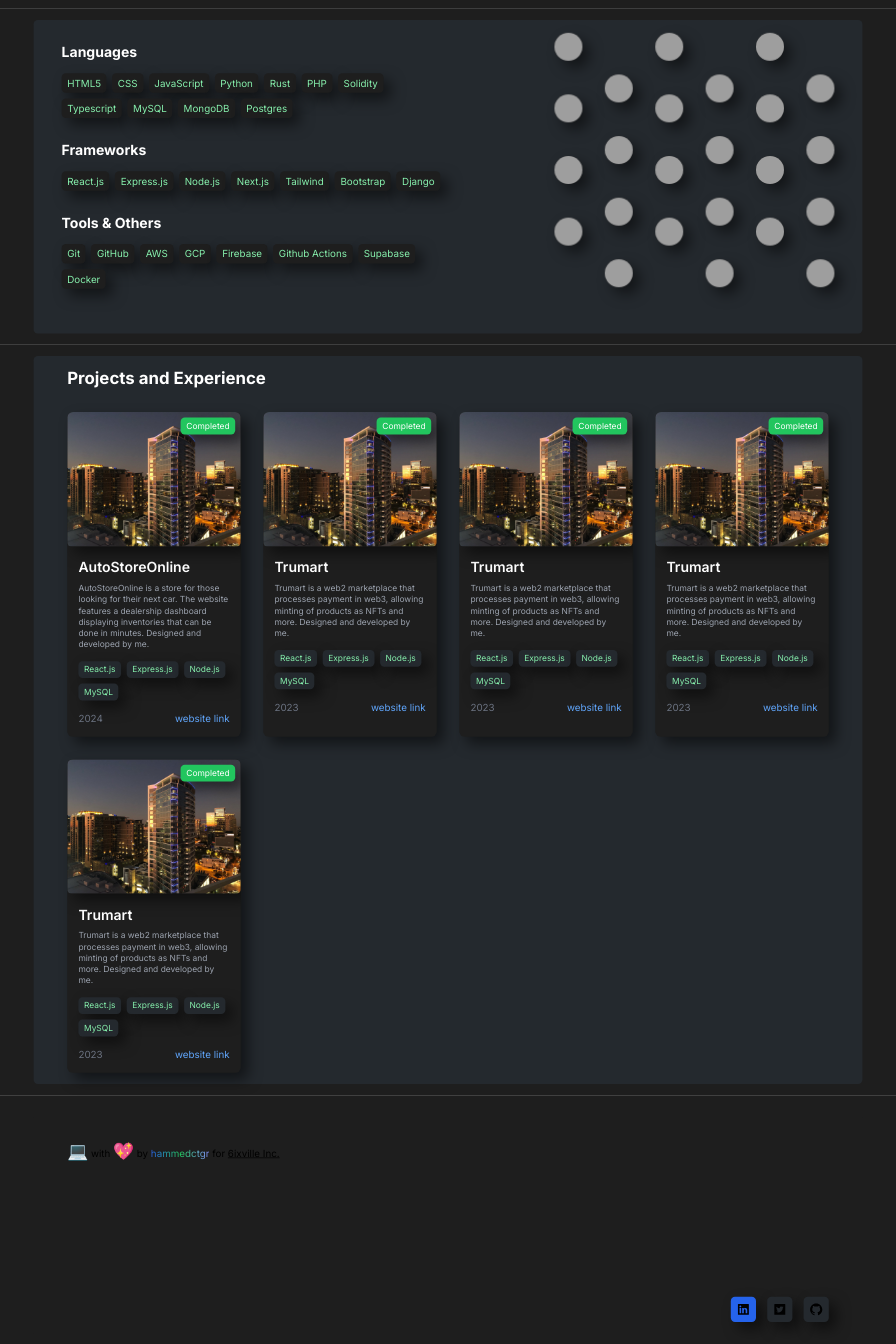
Repository: muhammedctgr/hammedctgr
Page: /
An editor plug-in stored every save of this project. The page is shown before and after a run of saves, followed by the edit.
The browser window is 1280 px wide. The pictures show the part of the page from y = 1032 to 2952 px (the page is 2952 px tall), at 70% of full size.
Pictures or frames that could not be fetched are drawn as grey boxes. The project was rebuilt for these pictures with package versions that can differ from the ones it lists, and the page was loaded fresh each time. The framework's server and built-in components were replaced by stand-ins that run in the browser. Also part of the build but not shown: next.config.mjs.

Above is the page before, as saved 2024-08-13 20:09:37.

### app/layout.tsx
import type { Metadata } from "next";
import { Inter } from "next/font/google";
import "./globals.css";

const inter = Inter({ subsets: ["latin"] });

export const metadata: Metadata = {
  title: "Popoola Muhammed",
  description: "Generated by create next app",
};

export default function RootLayout({
  children,
}: Readonly<{
  children: React.ReactNode;
}>) {
  return (
    <html lang="en">
      <body className={inter.className}>{children}</body>
    </html>
  );
}

### app/page.tsx
import Head from 'next/head';
import Hero from '../components/Hero';
import SkillsSection from '@/components/SkillsSection';
import SummarySection from '@/components/SummarySection';
import ProjectsSection from '@/components/ProjectsSection';
import Footer from '@/components/Footer';

const Home = () => (
  <div>
    <Head>
      <title>Popoola Muhammed</title>
      <meta name="description" content="Welcome to my developer portfolio" />
    </Head>

    <Hero />
    <SummarySection />
    <SkillsSection />
    <ProjectsSection />
    <Footer />
  </div>
);

export default Home;

### app/globals.css
@tailwind base;
@tailwind components;
@tailwind utilities;

:root {
  --foreground-rgb: 0, 0, 0;
  --background-start-rgb: 214, 219, 220;
  --background-end-rgb: 255, 255, 255;
}

@media (prefers-color-scheme: dark) {
  :root {
    --foreground-rgb: 255, 255, 255;
    --background-start-rgb: 0, 0, 0;
    --background-end-rgb: 0, 0, 0;
  }
}

body {
  color: rgb(var(--foreground-rgb));
  background: linear-gradient(
      to bottom,
      transparent,
      rgb(var(--background-end-rgb))
    )
    rgb(var(--background-start-rgb));
}

@layer utilities {
  .text-balance {
    text-wrap: balance;
  }
}


@keyframes upDown {
  0%, 100% {
    transform: translateY(0);
  }
  50% {
    transform: translateY(-10px); /* Adjust the value as needed */
  }
}

.animate-upDown {
  animation: upDown 2s infinite ease-in-out; /* Adjust duration as needed */
}


@keyframes scroll-medium {
  0% {
    transform: translateY(-100%);
  }
  100% {
    transform: translateY(100%);
  }
}

@keyframes scroll-fast {
  0% {
    transform: translateY(-100%);
  }
  100% {
    transform: translateY(30vh);
  }
}

@keyframes scroll-upfast {
  0% {
    transform: translateY(100%);
  }
  100% {
    transform: translateY(-30vh);
  }
}

.animate-scroll-upfast {
  animation: scroll-upfast 2s linear infinite;
}

.animate-scroll-fast {
  animation: scroll-fast 2s linear infinite;
}

.animate-scroll-medium {
  animation: scroll-medium 6s linear infinite;
}

.animate-scroll-delay {
  animation-delay: 2s;
}

.animate-scroll-delay-long {
  animation-delay: 4s;
}

.animate-scroll {
  animation: scroll 10s linear infinite;
}

.neumorph {
  border-radius: 5px;
  background: linear-gradient(145deg, #161414, #1a1818);
  box-shadow:  5px 5px 10px #111010,
               -5px -5px 10px #1f1c1c;
}

### components/Hero.tsx
import Image from 'next/image';
import profilePic from '../public/profile.png';
import { AiFillLinkedin, AiFillGithub, AiFillTwitterSquare, AiFillX } from 'react-icons/ai';

const Hero = () => {
  return (
    <section className="bg-gptGray px-4 py-4 md:pt-8 md:px-8 lg:px-12 text-white flex items-center">
  <div className="container bg-githubGray shadow-lg rounded-md mx-auto flex flex-col md:flex-row md:px-2 relative overflow-hidden">
    <div className="flex-1 text-left p-4 md:p-8">
      <div className="inline-block bg-blue-600 text-black py-1 px-3 mb-4 rounded-md">
        Hi, I’m
      </div>
      <div className="mb-6">
        <h1 className="text-xl md:text-3xl font-bold">Popoola Muhammed</h1>
        <p className="mt-2 text-lg md:text-xl">Full-Stack Developer, I build and manage</p>
      </div>
      <ul className="mt-4 list-disc list-inside text-xs md:text-base">
        <li>Highly Optimized and Responsive <span className="text-blue-600">FRONT-END</span></li>
        <li>Secure and Scalable <span className="text-blue-600">BACK-END & DATABASE</span></li>
        <li><span className="text-blue-600">IT</span> Infrastructure</li>
      </ul>
      <div className="mt-6">
        <a href="#contact" className="underline">Let’s Connect</a>
        <div className="mt-2 flex justify-start space-x-4">
          <a href="#" className="bg-blue-600 p-2 rounded-md shadow-deep-all">
            <AiFillLinkedin size={20} />
          </a>
          <a href="#" className="bg-githubGray p-2 rounded-md shadow-deep-all">
            <AiFillTwitterSquare size={20} />
          </a>
          <a href="#" className="bg-githubGray p-2 rounded-md shadow-deep-all">
            <AiFillGithub size={20} />
          </a>
        </div>
      </div>
    </div>
    <div className="relative flex-1 p-4 md:p-8">
      <img src="https://cdn.jsdelivr.net/gh/devicons/devicon@latest/icons/python/python-original.svg" className="right-4 w-8 h-8 md:w-16 md:h-16 lg:w-16 lg:h-16 bg-gptGray rounded-md animate-bounce shadow-deep-all" />
      <div className="relative w-40 h-40 md:w-72 md:h-72 lg:w-96 lg:h-96 mx-auto">
        <Image src={profilePic} alt="Popoola Muhammed" layout="fill" className="rounded-full object-cover animate-upDown" />
      </div>
      <img src="https://cdn.jsdelivr.net/gh/devicons/devicon@latest/icons/rust/rust-original.svg"  className="w-8 h-8 md:w-16 md:h-16 lg:w-16 lg:h-16 bg-gptGray rounded-3xl shadow-deep-all animate-bounce absolute top-8 right-4" />
      <img src="https://cdn.jsdelivr.net/gh/devicons/devicon@latest/icons/javascript/javascript-original.svg" className="w-8 h-8 md:w-12 md:h-12 lg:w-12 lg:h-12 bg-gptGray rounded-md animate-bounce shadow-deep-all" />
    </div>
    <img src="https://cdn.jsdelivr.net/gh/devicons/devicon@latest/icons/nextjs/nextjs-original.svg" className="w-8 h-8 md:w-12 md:h-12 lg:w-12 lg:h-12 bg-gptGray rounded-3xl shadow-deep-all animate-bounce absolute bottom-4 right-36" />
  </div>
</section>
  );
};

export default Hero;

### components/SkillsSection.tsx
import Image from 'next/image';
import { FC } from 'react';

interface SkillCategory {
  title: string;
  skills: { name: string; }[];
}

const skills: SkillCategory[] = [
  {
    title: "Languages",
    skills: [
      { name: "HTML5",  },
      { name: "CSS", },
      { name: "JavaScript",  },
      { name: "Python", },
      { name: "Rust",  },
      { name: "PHP", },
      { name: "Solidity",  },
      { name: "Typescript",  },
      { name: "MySQL",  },
      { name: "MongoDB", },
      { name: "Postgres", },
    ],
  },
  {
    title: "Frameworks",
    skills: [
      { name: "React.js", },
      { name: "Express.js",  },
      { name: "Node.js", },
      { name: "Next.js", },
      { name: "Tailwind", },
      { name: "Bootstrap", },
      { name: "Django", }
    ],
  },
  {
    title: "Tools & Others",
    skills: [
      { name: "Git",  },
      { name: "GitHub",  },
      { name: "AWS", },
      { name: "GCP", },
      { name: "Firebase", },
      { name: "Github Actions", },
      { name: "Supabase",  },
      { name: "Docker",  },
    ],
  },
];

const icons = [
  "/icons/html5.svg", // Replace with your icon paths
  "/icons/css3.svg",
  "/icons/javascript.svg",
  "/icons/python.svg",
  // Add the rest of the icons as needed
];

const SkillsSection: FC = () => {
  return (
  <section className="px-4 py-4 md:px-8 lg:px-12 bg-gptGray text-white w-full h-full">
  <div className="container bg-githubGray rounded-md mx-auto flex flex-col md:flex-row items-start md:px-2">
    <div className="flex-1 p-4 md:p-8">
      {skills.map((category) => (
        <div key={category.title} className="mb-8">
          <h2 className="text-lg md:text-xl font-bold mb-4 ">{category.title}</h2>
          <div className="flex flex-wrap gap-2">
            {category.skills.map((skill) => (
              <span
                key={skill.name}
                className={`px-2 py-1 rounded-md text-sm shadow-deep-all bg-gptGray text-green-300`}
              >
                {skill.name}
              </span>
            ))}
          </div>
        </div>
      ))}
    </div>
    <div className="flex-1 flex flex-col items-center md:items-end overflow-hidden md:pb-8">
      <div className="grid grid-cols-6 md:grid-cols-6 gap-8 p-4 md:p-8">
      <img src="https://cdn.jsdelivr.net/gh/devicons/devicon@latest/icons/html5/html5-original.svg" className="w-10 h-10 md:w-10 md:h-10 lg:w-10 lg:h-10 bg-gptGray rounded-3xl shadow-deep-all mt-4 animate-scroll-fast" />
      <img src="https://cdn.jsdelivr.net/gh/devicons/devicon@latest/icons/css3/css3-original.svg" className="w-10 h-10 md:w-10 md:h-10 lg:w-10 lg:h-10 bg-gptGray rounded-3xl shadow-deep-all mt-4 animate-scroll-upfast" />
      <img src="https://cdn.jsdelivr.net/gh/devicons/devicon@latest/icons/javascript/javascript-original.svg" className="w-10 h-10 md:w-10 md:h-10 lg:w-10 lg:h-10 bg-gptGray rounded-3xl shadow-deep-all mt-4 animate-scroll-fast" />
      <img src="https://cdn.jsdelivr.net/gh/devicons/devicon@latest/icons/python/python-original.svg" className="w-10 h-10 md:w-10 md:h-10 lg:w-10 lg:h-10 bg-gptGray rounded-3xl shadow-deep-all mt-4 animate-scroll-upfast" />
      <img src="https://cdn.jsdelivr.net/gh/devicons/devicon@latest/icons/rust/rust-original.svg"  className="w-10 h-10 md:w-10 md:h-10 lg:w-10 lg:h-10 bg-gptGray rounded-3xl shadow-deep-all mt-4 animate-scroll-fast" />
      <img src="https://cdn.jsdelivr.net/gh/devicons/devicon@latest/icons/php/php-original.svg" className="w-10 h-10 md:w-10 md:h-10 lg:w-10 lg:h-10 bg-gptGray rounded-3xl shadow-deep-all mt-4 animate-scroll-upfast"  />
      <img src="https://cdn.jsdelivr.net/gh/devicons/devicon@latest/icons/solidity/solidity-original.svg" className="w-10 h-10 md:w-10 md:h-10 lg:w-10 lg:h-10 bg-gptGray rounded-3xl shadow-deep-all mt-4 animate-scroll-fast" />
      <img src="https://cdn.jsdelivr.net/gh/devicons/devicon@latest/icons/typescript/typescript-original.svg" className="w-10 h-10 md:w-10 md:h-10 lg:w-10 lg:h-10 bg-gptGray rounded-3xl shadow-deep-all mt-4 animate-scroll-upfast" />
      <img src="https://cdn.jsdelivr.net/gh/devicons/devicon@latest/icons/mysql/mysql-original.svg" className="w-10 h-10 md:w-10 md:h-10 lg:w-10 lg:h-10 bg-gptGray rounded-3xl shadow-deep-all mt-4 animate-scroll-fast" />
      <img src="https://cdn.jsdelivr.net/gh/devicons/devicon@latest/icons/mongodb/mongodb-original.svg" className="w-10 h-10 md:w-10 md:h-10 lg:w-10 lg:h-10 bg-gptGray rounded-3xl shadow-deep-all mt-4 animate-scroll-upfast" />
      <img src="https://cdn.jsdelivr.net/gh/devicons/devicon@latest/icons/react/react-original.svg" className="w-10 h-10 md:w-10 md:h-10 lg:w-10 lg:h-10 bg-gptGray rounded-3xl shadow-deep-all mt-4 animate-scroll-fast" />
      <img src="https://cdn.jsdelivr.net/gh/devicons/devicon@latest/icons/nextjs/nextjs-original.svg" className="w-10 h-10 md:w-10 md:h-10 lg:w-10 lg:h-10 bg-gptGray rounded-3xl shadow-deep-all mt-4 animate-scroll-upfast" />
      <img src="https://cdn.jsdelivr.net/gh/devicons/devicon@latest/icons/tailwindcss/tailwindcss-original.svg" className="w-10 h-10 md:w-10 md:h-10 lg:w-10 lg:h-10 bg-gptGray rounded-3xl shadow-deep-all mt-4 animate-scroll-fast" />
      <img src="https://cdn.jsdelivr.net/gh/devicons/devicon@latest/icons/git/git-original.svg" className="w-10 h-10 md:w-10 md:h-10 lg:w-10 lg:h-10 bg-gptGray rounded-3xl shadow-deep-all mt-4 animate-scroll-upfast" />
      <img src="https://cdn.jsdelivr.net/gh/devicons/devicon@latest/icons/github/github-original.svg" className="w-10 h-10 md:w-10 md:h-10 lg:w-10 lg:h-10 bg-gptGray rounded-3xl shadow-deep-all mt-4 animate-scroll-fast" />
      <img src="https://cdn.jsdelivr.net/gh/devicons/devicon@latest/icons/amazonwebservices/amazonwebservices-original-wordmark.svg" className="w-10 h-10 md:w-10 md:h-10 lg:w-10 lg:h-10 bg-gptGray rounded-3xl shadow-deep-all mt-4 animate-scroll-upfast" />
      <img src="https://cdn.jsdelivr.net/gh/devicons/devicon@latest/icons/googlecloud/googlecloud-original.svg" className="w-10 h-10 md:w-10 md:h-10 lg:w-10 lg:h-10 bg-gptGray rounded-3xl shadow-deep-all mt-4 animate-scroll-fast" />
      <img src="https://cdn.jsdelivr.net/gh/devicons/devicon@latest/icons/postgresql/postgresql-original.svg" className="w-10 h-10 md:w-10 md:h-10 lg:w-10 lg:h-10 bg-gptGray rounded-3xl shadow-deep-all mt-4 animate-scroll-upfast" />
      <img src="https://cdn.jsdelivr.net/gh/devicons/devicon@latest/icons/supabase/supabase-original.svg" className="w-10 h-10 md:w-10 md:h-10 lg:w-10 lg:h-10 bg-gptGray rounded-3xl shadow-deep-all mt-4 animate-scroll-fast" />
      <img src="https://cdn.jsdelivr.net/gh/devicons/devicon@latest/icons/docker/docker-original.svg" className="w-10 h-10 md:w-10 md:h-10 lg:w-10 lg:h-10 bg-gptGray rounded-3xl shadow-deep-all mt-4 animate-scroll-upfast" />
      <img src="https://cdn.jsdelivr.net/gh/devicons/devicon@latest/icons/django/django-plain.svg" className="w-10 h-10 md:w-10 md:h-10 lg:w-10 lg:h-10 bg-gptGray rounded-3xl shadow-deep-all mt-4 animate-scroll-fast" />
      <img src="https://cdn.jsdelivr.net/gh/devicons/devicon@latest/icons/bootstrap/bootstrap-original.svg" className="w-10 h-10 md:w-10 md:h-10 lg:w-10 lg:h-10 bg-gptGray rounded-3xl shadow-deep-all mt-4 animate-scroll-upfast" />
      <img src="https://cdn.jsdelivr.net/gh/devicons/devicon@latest/icons/nodejs/nodejs-original.svg" className="w-10 h-10 md:w-10 md:h-10 lg:w-10 lg:h-10 bg-gptGray rounded-3xl shadow-deep-all mt-4 animate-scroll-fast" />
      <img src="https://cdn.jsdelivr.net/gh/devicons/devicon@latest/icons/githubactions/githubactions-original.svg" className="w-10 h-10 md:w-10 md:h-10 lg:w-10 lg:h-10 bg-gptGray rounded-3xl shadow-deep-all mt-4 animate-scroll-upfast" />
      </div>
    </div>
  </div>
</section>
  );
};

export default SkillsSection;

### components/SummarySection.tsx
import { FC } from 'react';

const SummarySection: FC = () => {
  return (
<section className="px-4 py-4 md:px-8 lg:px-12 bg-gptGray relative overflow-hidden">
  <div className="container bg-githubGray mx-auto flex rounded-md flex-col md:flex-row justify-between items-start md:px-8 p-4 md:p-8">
    <div className=" mb-8 md:mb-8">
      <div className="mb-4">
        <span className="text-4xl md:text-6xl font-bold bg-gradient-to-r from-blue-600 via-green-500 to-indigo-400 inline-block text-transparent bg-clip-text">Software</span>
      </div>
      <p className="text-sm md:text-base">
        I'm probably not the typical dev stationed behind a computer, but building state-of-the-art web apps, optimizing performance for scale and avoiding downtime is where you'll find me.
      </p>
    </div>
    <div className=" md:mt-48">
      <div className="mb-4">
        <span className="text-4xl md:text-6xl font-bold bg-gradient-to-r from-blue-600 via-green-500 to-indigo-400 inline-block text-transparent bg-clip-text">Engineering</span>
      </div>
      <p className="text-sm md:text-base">
        In building Web applications, I'm equipped with just the right tools and can absolutely function independently of them to deliver fast, resilient solutions optimized for scalability.
      </p>
    </div>
  </div>
</section>
  );
};

export default SummarySection;

### components/ProjectsSection.tsx
import { FC } from 'react';

interface Project {
  title: string;
  description: string;
  technologies: string[];
  date: string;
  status: string;
  image: string;
  link: string;
}

const projects: Project[] = [
  {
    title: "AutoStoreOnline",
    description: "AutoStoreOnline is a store for those looking for their next car. The website features a dealership dashboard displaying inventories that can be done in minutes. Designed and developed by me.",
    technologies: ["React.js", "Express.js", "Node.js", "MySQL"],
    date: "2024",
    status: "Completed",
    image: "pic1.jpg",
    link: "https://example.com",
  },
  {
    title: "Trumart",
    description: "Trumart is a web2 marketplace that processes payment in web3, allowing minting of products as NFTs and more. Designed and developed by me.",
    technologies: ["React.js", "Express.js", "Node.js", "MySQL"],
    date: "2023",
    status: "Completed",
    image: "pic1.jpg",
    link: "https://example.com",
  },
  {
    title: "Trumart",
    description: "Trumart is a web2 marketplace that processes payment in web3, allowing minting of products as NFTs and more. Designed and developed by me.",
    technologies: ["React.js", "Express.js", "Node.js", "MySQL"],
    date: "2023",
    status: "Completed",
    image: "pic1.jpg",
    link: "https://example.com",
  },
  {
    title: "Trumart",
    description: "Trumart is a web2 marketplace that processes payment in web3, allowing minting of products as NFTs and more. Designed and developed by me.",
    technologies: ["React.js", "Express.js", "Node.js", "MySQL"],
    date: "2023",
    status: "Completed",
    image: "pic1.jpg",
    link: "https://example.com",
  },
  {
    title: "Trumart",
    description: "Trumart is a web2 marketplace that processes payment in web3, allowing minting of products as NFTs and more. Designed and developed by me.",
    technologies: ["React.js", "Express.js", "Node.js", "MySQL"],
    date: "2023",
    status: "Completed",
    image: "pic1.jpg",
    link: "https://example.com",
  },
  // Add more projects as needed...
];

const ProjectsSection: FC = () => {
  return (
    <section className="bg-gptGray md:px-8 px-4 py-4 lg:px-12">
      <div className="container bg-githubGray rounded-md mx-auto md:px-8 ">
        <h2 className="text-2xl font-bold text-white p-4">Projects and Experience</h2>
        <div className="grid grid-cols-1 sm:grid-cols-3 lg:grid-cols-4 gap-8 p-4">
          {projects.map((project, index) => (
            <div key={index} className="bg-gptGray rounded-lg overflow-hidden shadow-deep-all">
              <div className="relative w-full h-48">
                <img src={project.image} alt={project.title} className="w-full h-full object-cover shadow-deep-all rounded-md" />
                <span className="shadow-deep-all absolute top-2 right-2 bg-green-500 text-xs text-white px-2 py-1 rounded-md">{project.status}</span>
              </div>
              <div className="p-4">
                <h3 className="text-xl font-semibold text-white mb-2">{project.title}</h3>
                <p className="text-gray-400 text-xs mb-4">{project.description}</p>
                <div className="flex flex-wrap gap-2 mb-4">
                  {project.technologies.map((tech, i) => (
                    <span key={i} className="bg-githubGray shadow-deep-all text-green-300 text-xs px-2 py-1 rounded-md">{tech}</span>
                  ))}
                </div>
                <div className="flex justify-between items-center">
                  <span className="text-gray-500 text-sm">{project.date}</span>
                  <a href={project.link} target="_blank" rel="noopener noreferrer" className="text-blue-400 hover:underline text-sm">website link</a>
                </div>
              </div>
            </div>
          ))}
        </div>
      </div>
    </section>
  );
};

export default ProjectsSection;

### components/Footer.tsx
import { AiFillLinkedin, AiFillGithub, AiFillTwitterSquare, AiFillX } from 'react-icons/ai';

const Footer = () => {
    return (
        <div className="bg-gptGray px-4 py-4 md:pt-8 md:px-8 lg:px-12">
            <div className='bg-gptGray px-4 py-4 md:pt-8 md:px-12 text-sm'>
                <p>
                <span className='text-2xl'>&#128187;</span> with <span className='text-2xl animate-pulse'>&#128150;</span> by <span className='bg-gradient-to-r from-blue-600 via-green-500 to-indigo-400 inline-block text-transparent bg-clip-text'>hammedctgr</span> for <a href="https://6ixville.github.io/" target="_blank" rel="noopener noreferrer" className='underline'>6ixville Inc.</a>
                </p>
                <div className="">
                    <div className=" flex justify-end space-x-4 md:mt-48">
                        <a href="#" className="bg-blue-600 p-2 rounded-md shadow-deep-all">
                            <AiFillLinkedin size={20} />
                        </a>
                        <a href="#" className="bg-githubGray p-2 rounded-md shadow-deep-all">
                            <AiFillTwitterSquare size={20} />
                        </a>
                        <a href="#" className="bg-githubGray p-2 rounded-md shadow-deep-all">
                            <AiFillGithub size={20} />
                        </a>
                    </div>
                </div>
            </div>
       </div>
     );
}

export default Footer;

### tailwind.config.ts
import type { Config } from "tailwindcss";

const config: Config = {
  content: [
    "./pages/**/*.{js,ts,jsx,tsx,mdx}",
    "./components/**/*.{js,ts,jsx,tsx,mdx}",
    "./app/**/*.{js,ts,jsx,tsx,mdx}",
  ],
  theme: {
    extend: {
      backgroundImage: {
        "gradient-radial": "radial-gradient(var(--tw-gradient-stops))",
        "gradient-conic":
          "conic-gradient(from 180deg at 50% 50%, var(--tw-gradient-stops))",
      },
      colors: {
        githubGray: '#24292e',
        gptGray: '#1e1e1e', // Define the exact color
        gradient: 'bg-gradient-to-r from-blue-600 via-green-500 to-indigo-400 inline-block text-transparent bg-clip-text'
      },
      boxShadow: {
        'deep-right': '10px 10px 20px rgba(0, 0, 0, 0.25)',  // Right side shadow
        'deep-left': '-10px 10px 20px rgba(0, 0, 0, 0.25)',  // Left side shadow
        'deep-top': '10px -10px 20px rgba(0, 0, 0, 0.25)',   // Top side shadow
        'deep-bottom': '10px 10px 20px rgba(0, 0, 0, 0.25)', // Bottom side shadow
        'deep-all': '10px 10px 20px rgba(0, 0, 0, 0.5)',     // All sides shadow
      }
    },
  },
  plugins: [],
};
export default config;

After the next 2 saves:
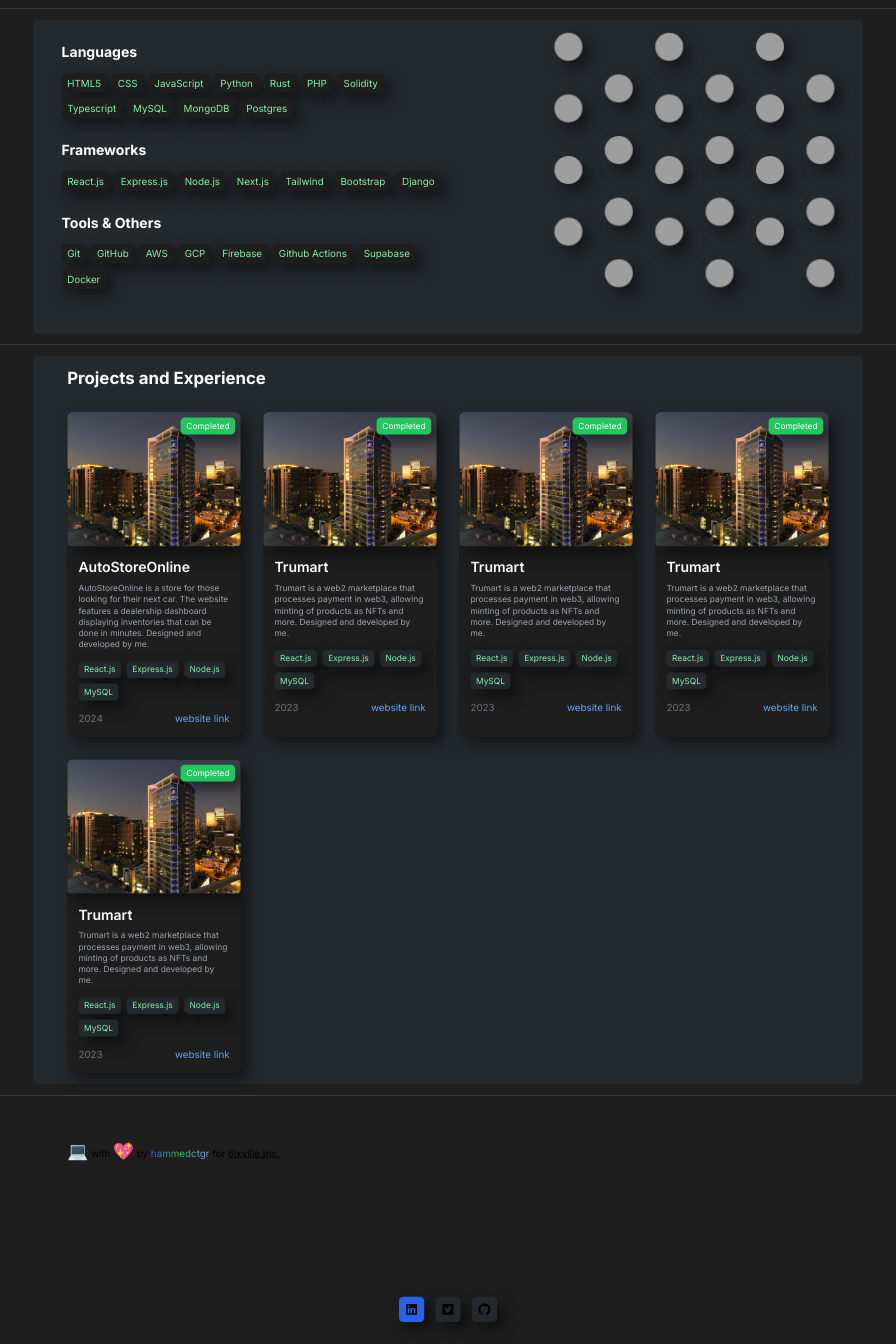
The 2 saves are shown as one change because they came seconds apart.
The last was saved 32 s later.
--- a/components/Footer.tsx
+++ b/components/Footer.tsx
@@ -8,7 +8,7 @@ const Footer = () => {
                 <span className='text-2xl'>&#128187;</span> with <span className='text-2xl animate-pulse'>&#128150;</span> by <span className='bg-gradient-to-r from-blue-600 via-green-500 to-indigo-400 inline-block text-transparent bg-clip-text'>hammedctgr</span> for <a href="https://6ixville.github.io/" target="_blank" rel="noopener noreferrer" className='underline'>6ixville Inc.</a>
                 </p>
                 <div className="">
-                    <div className=" flex justify-end space-x-4 md:mt-48">
+                    <div className=" flex justify-center space-x-4 md:mt-48">
                         <a href="#" className="bg-blue-600 p-2 rounded-md shadow-deep-all">
                             <AiFillLinkedin size={20} />
                         </a>
